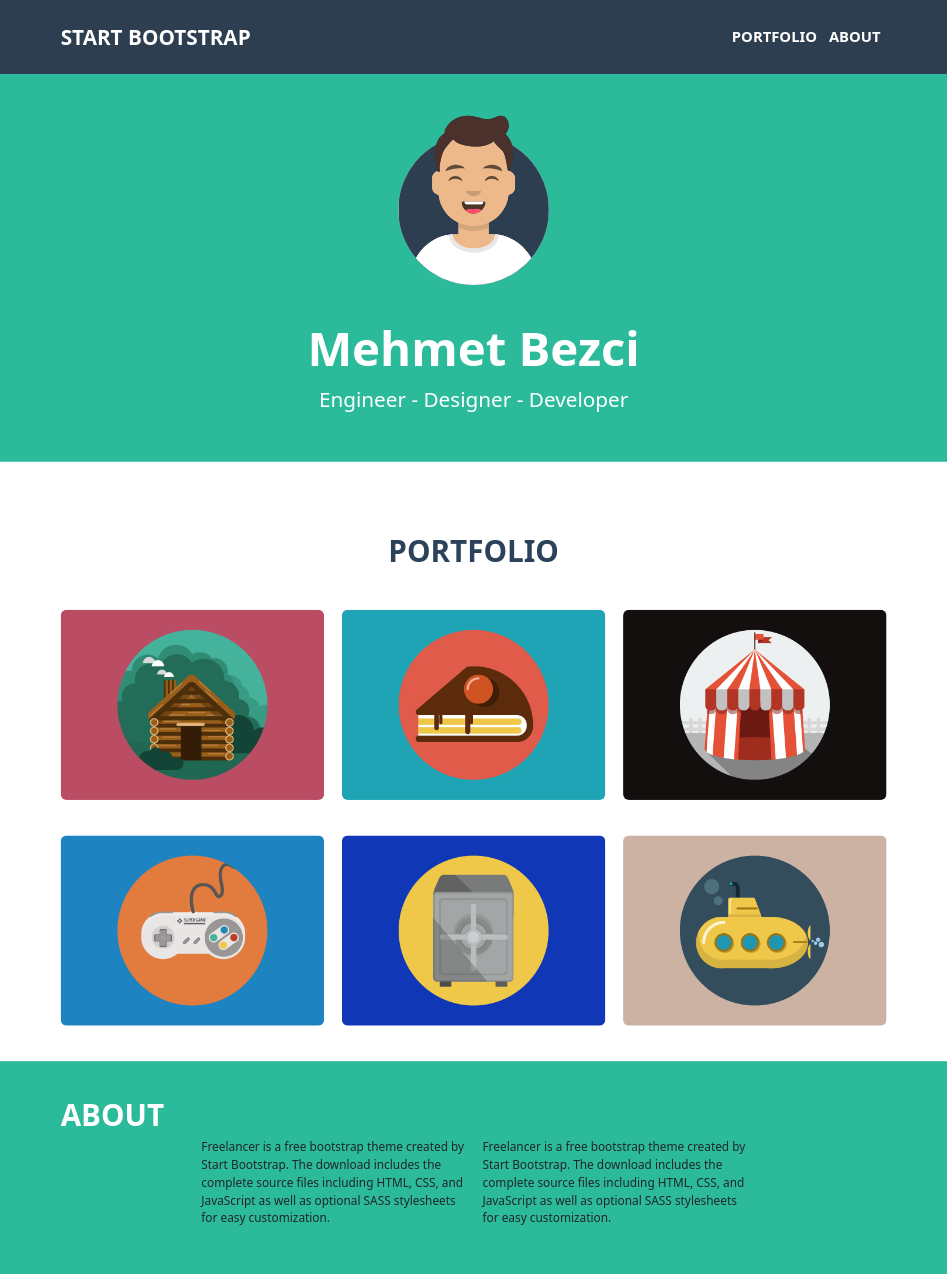
Repository: 7JaxeN7/WT-1255P-Mehmet_BEZC-
Page: index.html
These files come from the project's save history. The page is drawn as it stood at one moment and after the next save; the edit follows.
The browser window is 1280 px wide. The pictures show the whole page, at 74% of full size.

Above is the page before, as saved 2025-01-06 21:56:32.

After the next save:
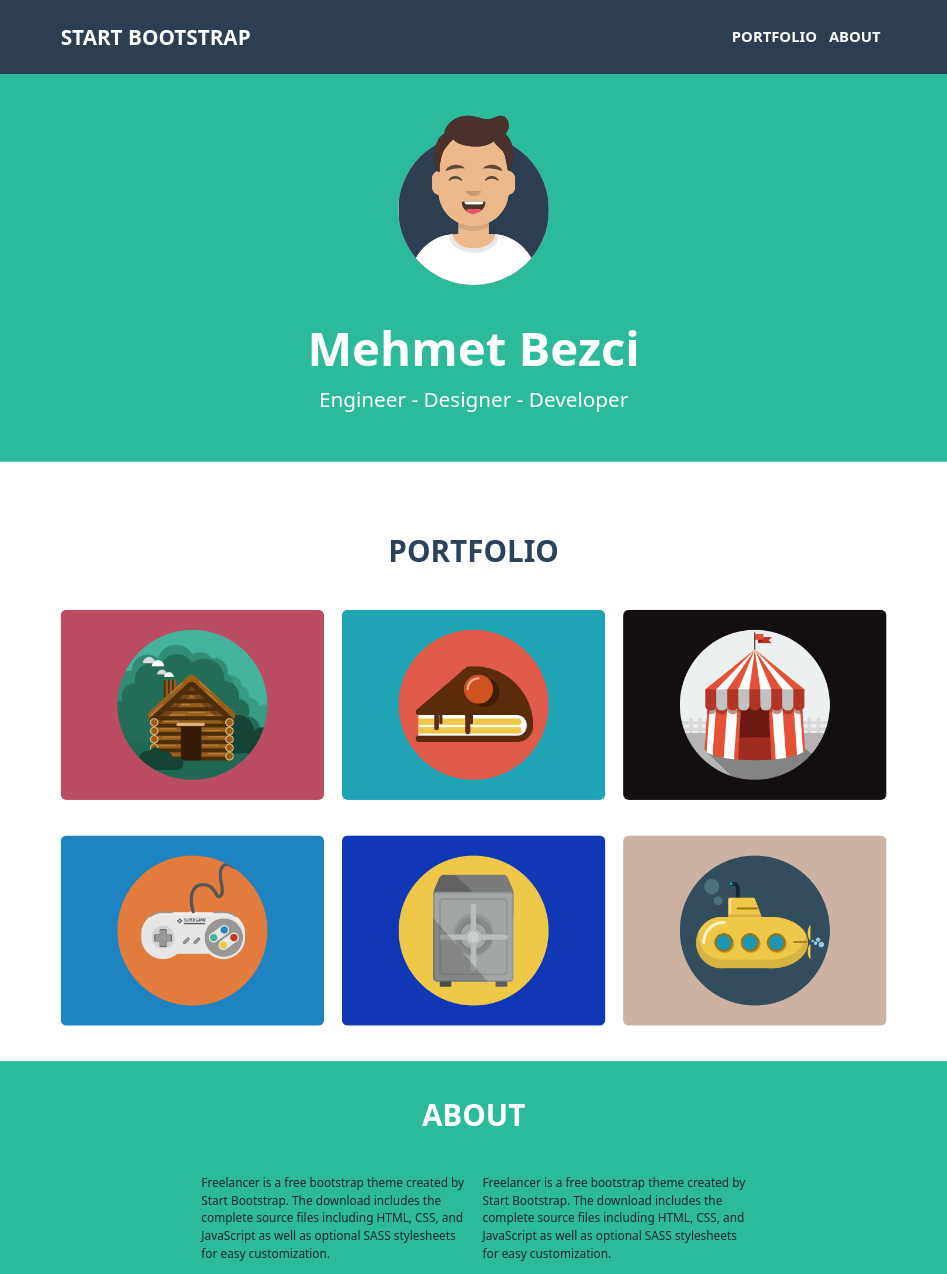
Saved 92 s later.
--- a/index.html
+++ b/index.html
@@ -69,8 +69,8 @@
   </div>
   <!-- About -->
   <div class="about-section">
-    <div class="container pt-5 pb-5">
-      <h2 class="about-tittle fs-1 fw-semibold"> ABOUT</h2>
+    <div class="container">
+      <h2 class="about-tittle fs-1 fw-semibold text-center pt-5 pb-5"> ABOUT</h2>
       <div class="row justify-content-center">
         <div class="col-lg-4">
           <p>
